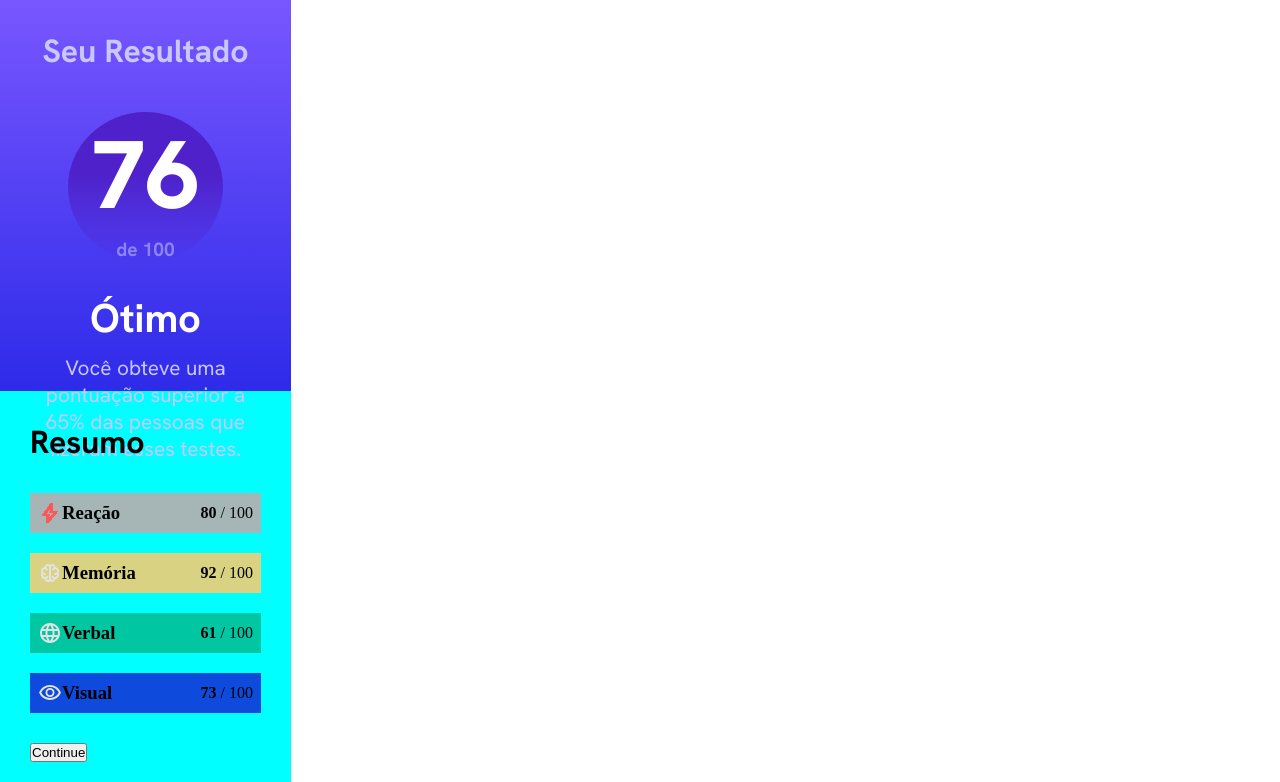
Repository: caique2512/resumo-de-resultados
Page: index.html
The author's editor kept a copy of each file at every save. The page is drawn from the files as they stood at one save, then again after a run of saves.
The browser window is 1280 px wide. The pictures show the whole page.

Above is the page before, as saved 2026-03-10 17:55:42.

After the next 2 saves:
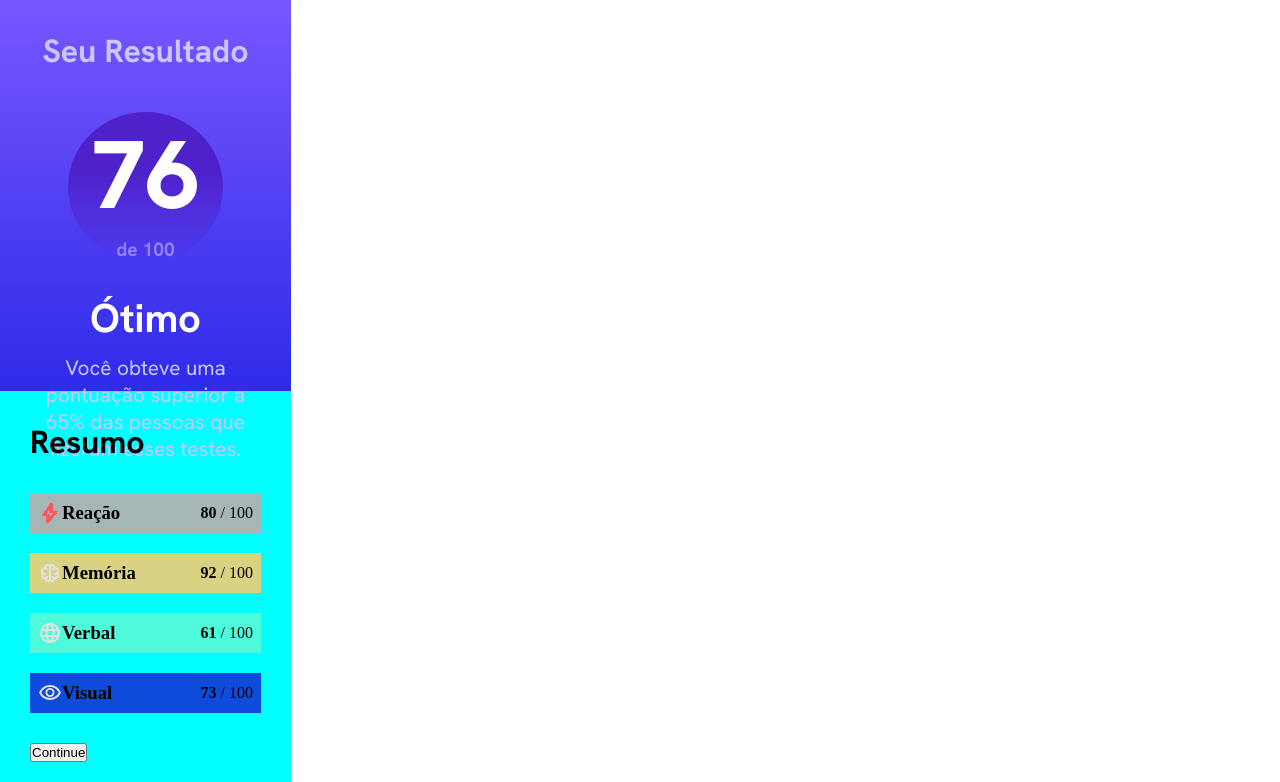
The 2 saves are shown as one change because they came seconds apart.
The last was saved 13 s later.
--- a/src/css/estilos.css
+++ b/src/css/estilos.css
@@ -115,7 +115,7 @@
     display: flex;
     align-items: center;
     justify-content: space-between;
-    background-color: hsla(166, 100%, 37%, 0.851);
+    background-color: hsla(166, 95%, 67%, 0.851);
     padding: 8px;
 }
 
